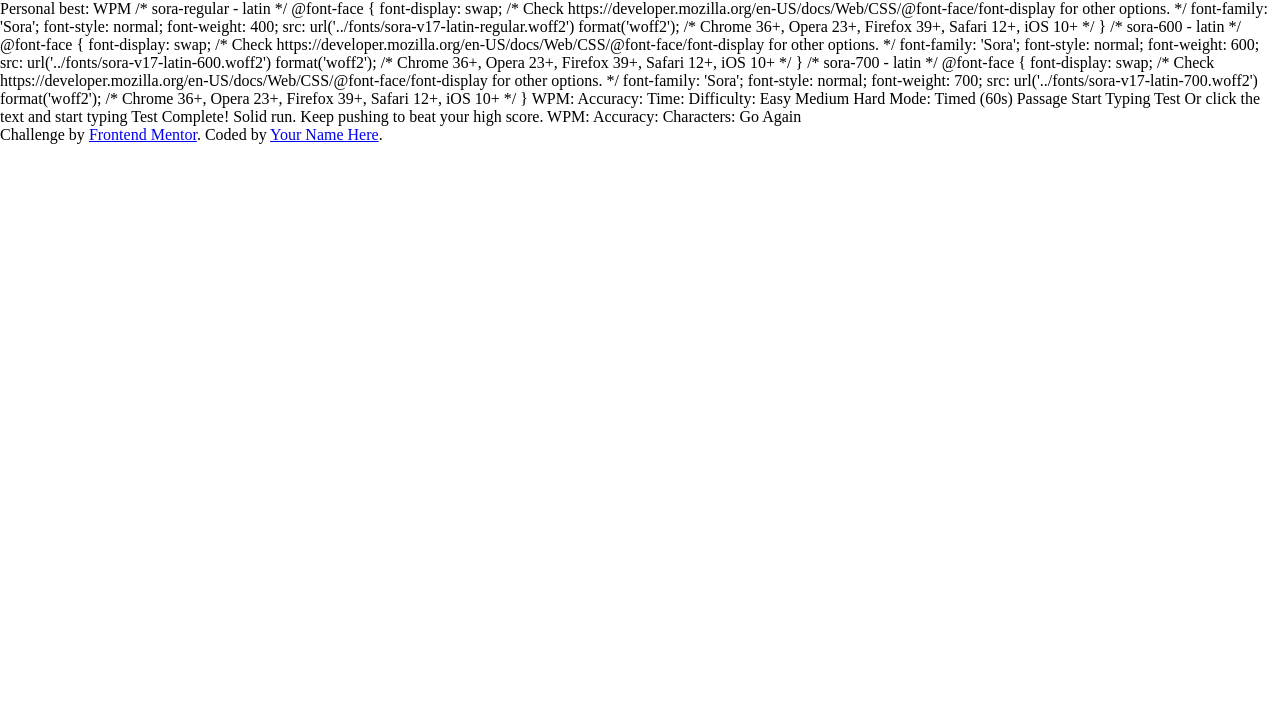
Repository: eva003n/typing-speed-test
Page: index.html
An editor plug-in stored every save of this project. The page is shown before and after the next save, followed by the edit.
The browser window is 1280 px wide. The pictures show the whole page.

Above is the page before, as saved 2026-02-12 23:31:21.

After the next save:
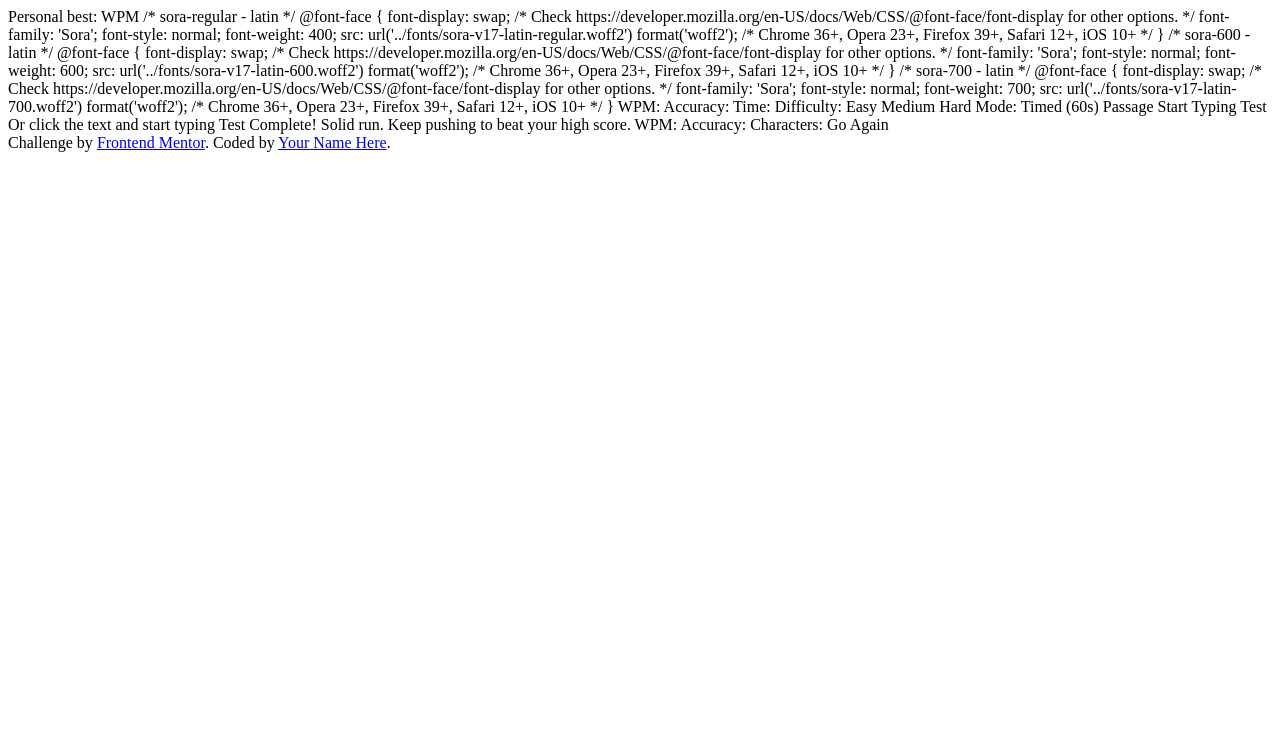
Saved 30 s later.
--- a/style.css
+++ b/style.css
@@ -48,7 +48,7 @@
 *,
 *::before,
 *::after {
-    margin: 0;
+    /* margin: 0; */
     padding: 0;
 }
 

After the save that followed:
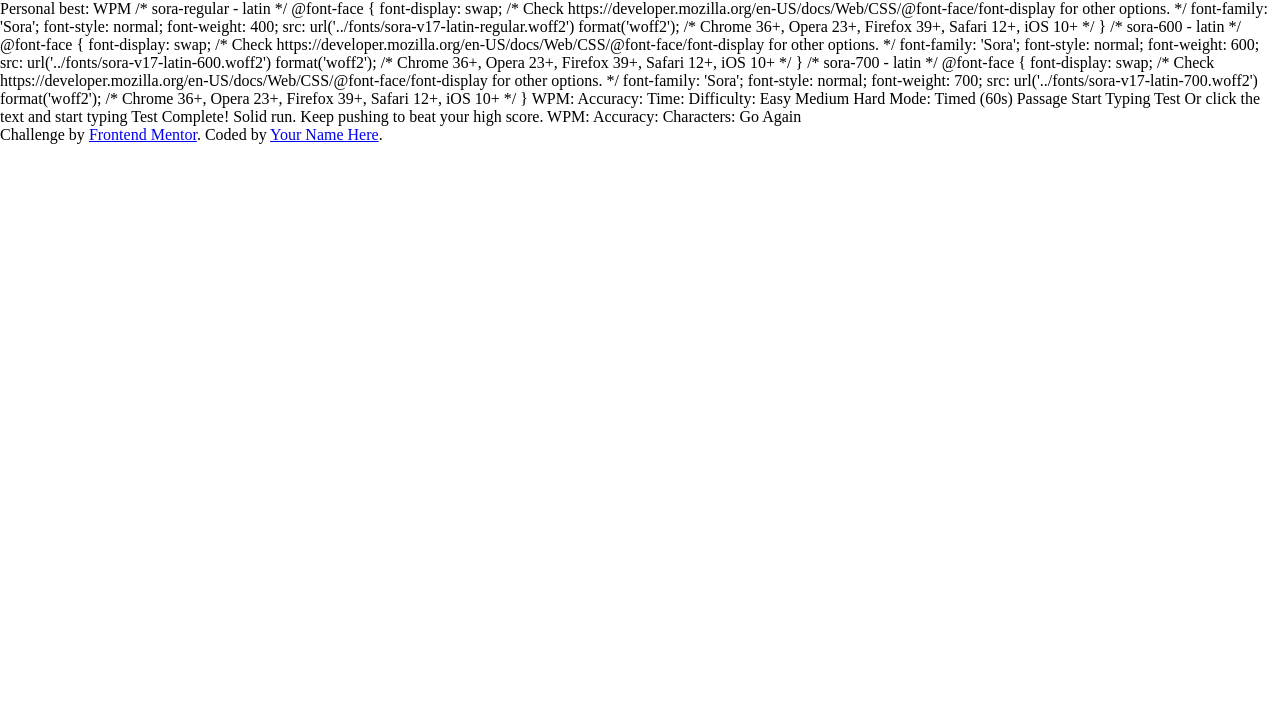
Saved 9 s later.
--- a/style.css
+++ b/style.css
@@ -48,7 +48,7 @@
 *,
 *::before,
 *::after {
-    /* margin: 0; */
+    margin: 0;
     padding: 0;
 }
 
